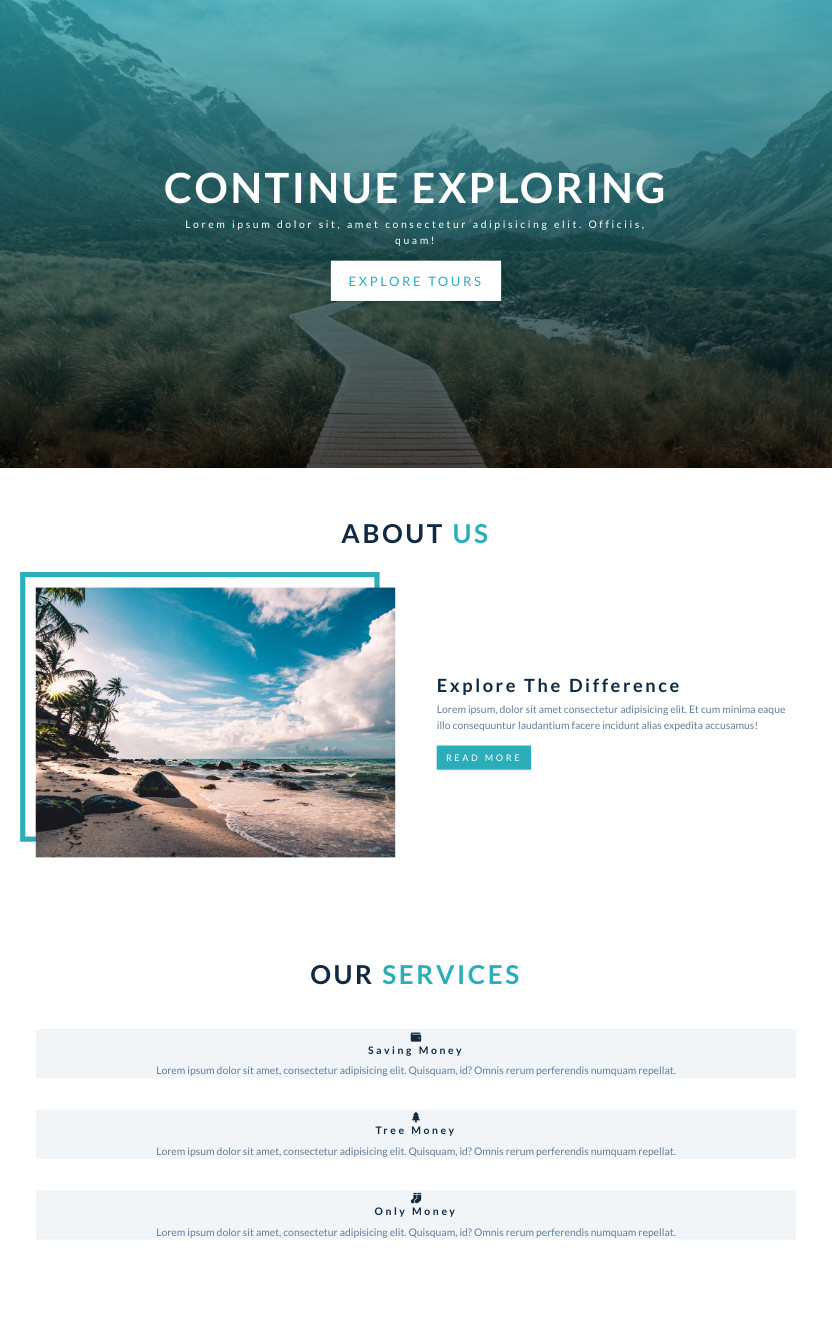
Repository: Ndifoinhilary/flexbox-project
Page: index.html
The author's editor kept a copy of each file at every save. The page is drawn from the files as they stood at one save, then again after the next save.
The browser window is 1280 px wide. The pictures show the whole page, at 65% of full size.

Above is the page before, as saved 2024-01-21 14:55:49.

After the next save:
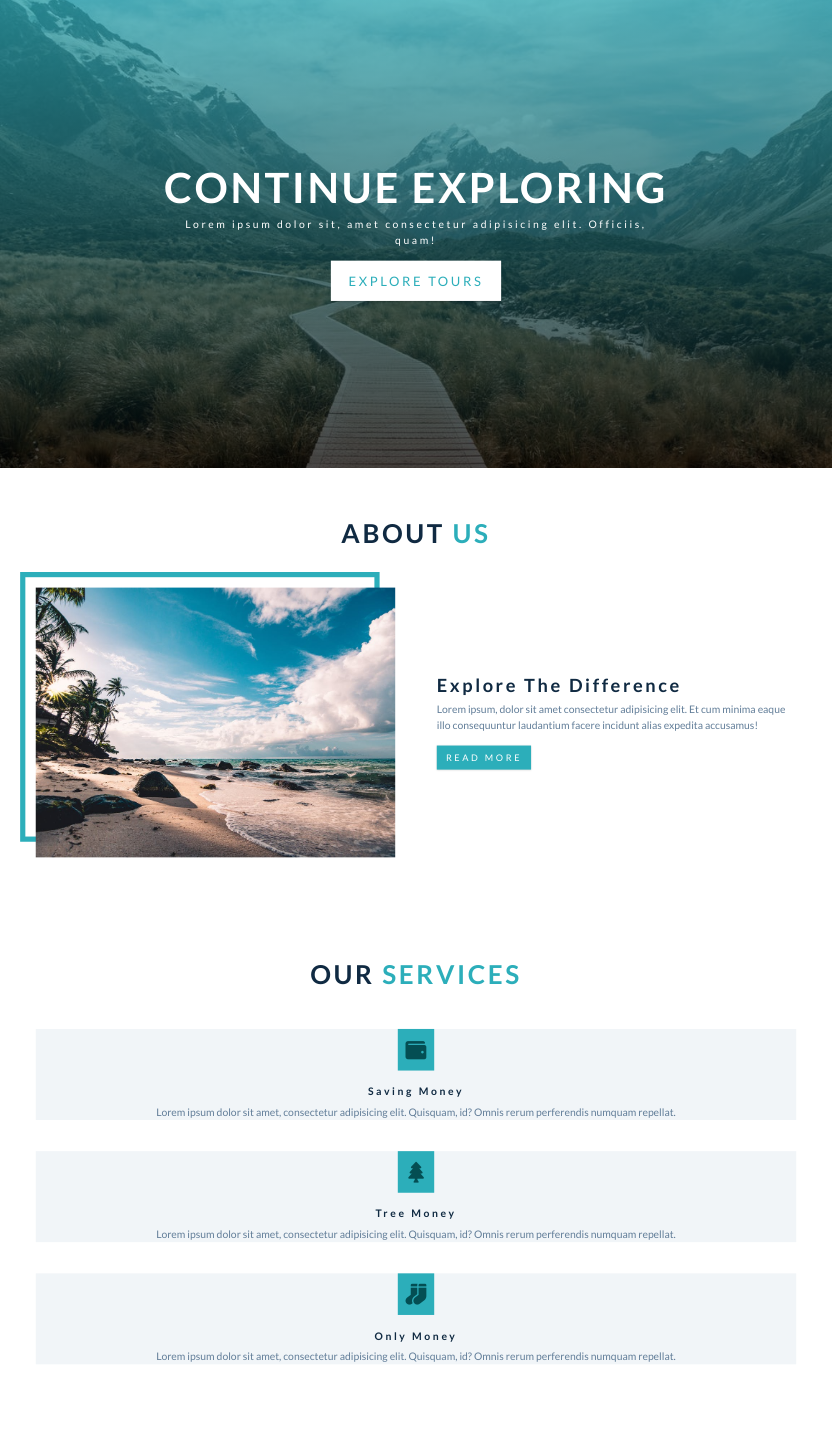
Saved 2 min 26 s later.
--- a/css/main.css
+++ b/css/main.css
@@ -278,6 +278,14 @@ Services
   text-align: center;
   margin-bottom: 3rem;
 }
+.service-icon{
+  background: var(--clr-primary-5);
+  color: var(--clr-primary-1);
+  padding: 0.5rem;
+  display: inline-block;
+  font-size: 2rem;
+  margin-bottom: 1.5rem;
+}
 /*
 ===============
 Featured Tours
